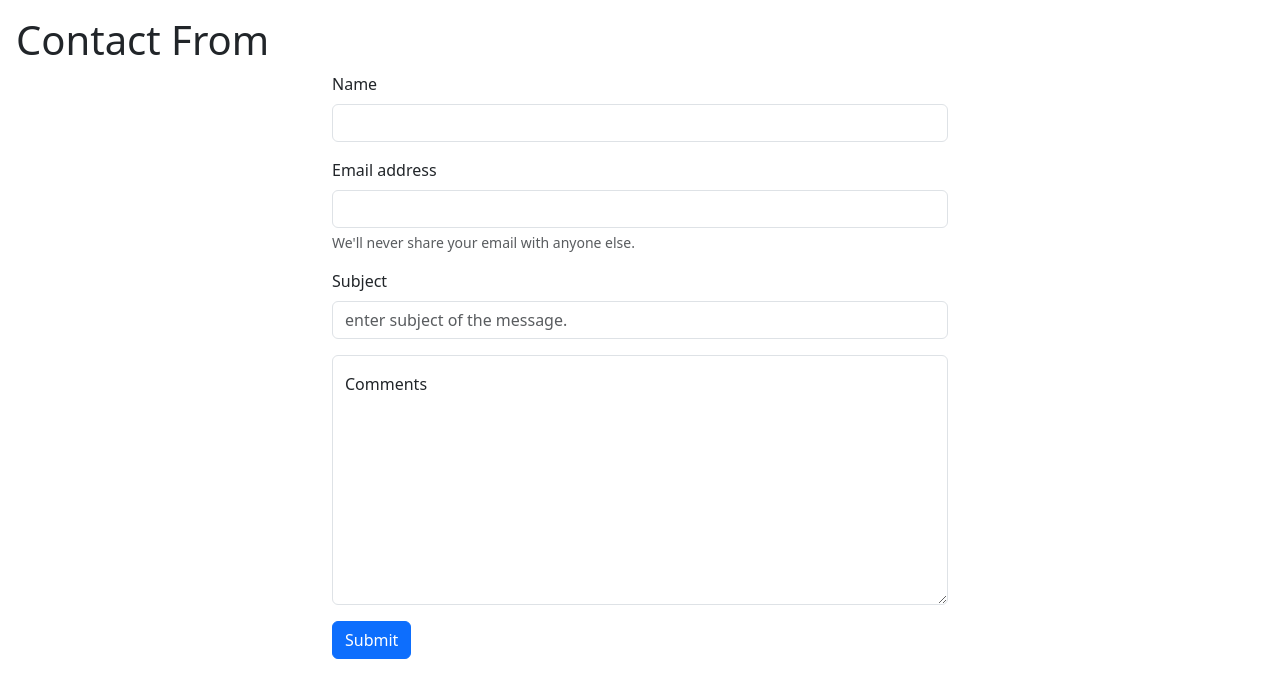
Repository: syni18/bootstrap_form
Page: index.html
These files come from the project's save history. The page is drawn as it stood at one moment and after the next save; the edit follows.
The browser window is 1280 px wide. The pictures show the whole page.

Above is the page before, as saved 2023-10-26 15:38:57.

After the next save:
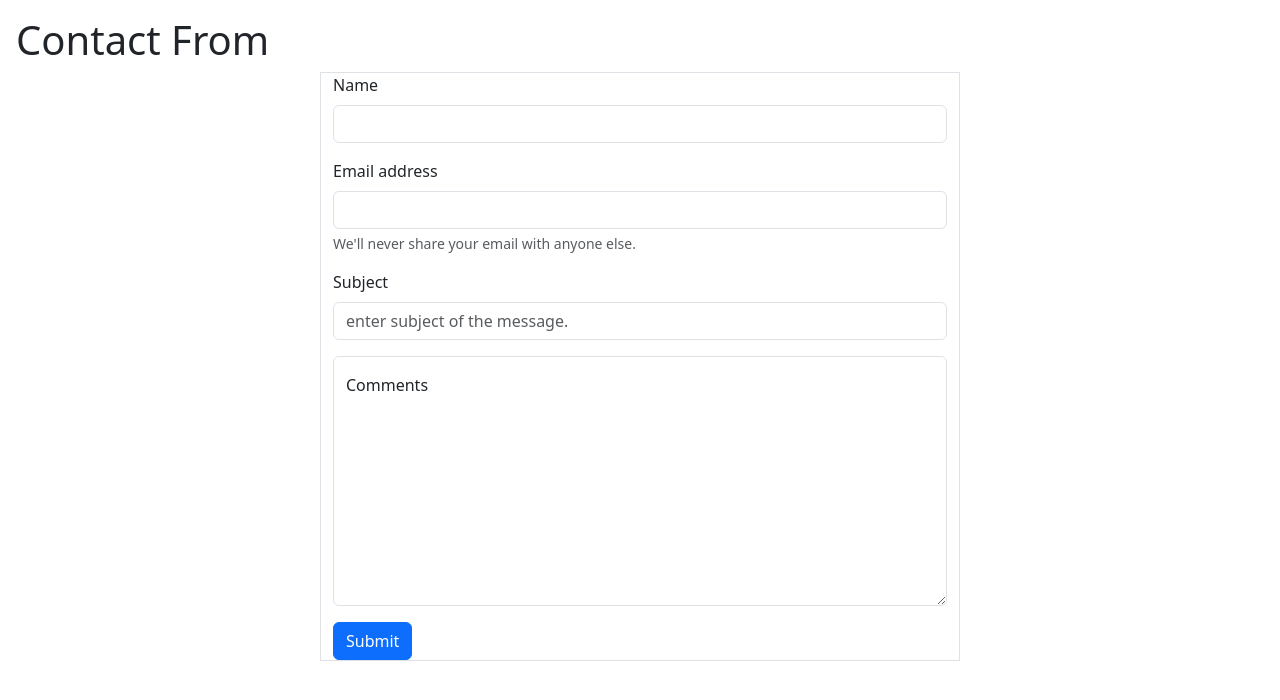
Saved 7 s later.
--- a/index.html
+++ b/index.html
@@ -8,7 +8,7 @@
 </head>
 <body>
     <h1 class="display-6 ms-3 mt-3">Contact From</h1>
-    <form class="container w-50 border-1">
+    <form class="container w-50 border">
   <div class="mb-3">
     <label for="exampleInputName1" class="form-label">Name</label>
     <input type="name" class="form-control" id="exampleInputName1" aria-describedby="NameHelp">
